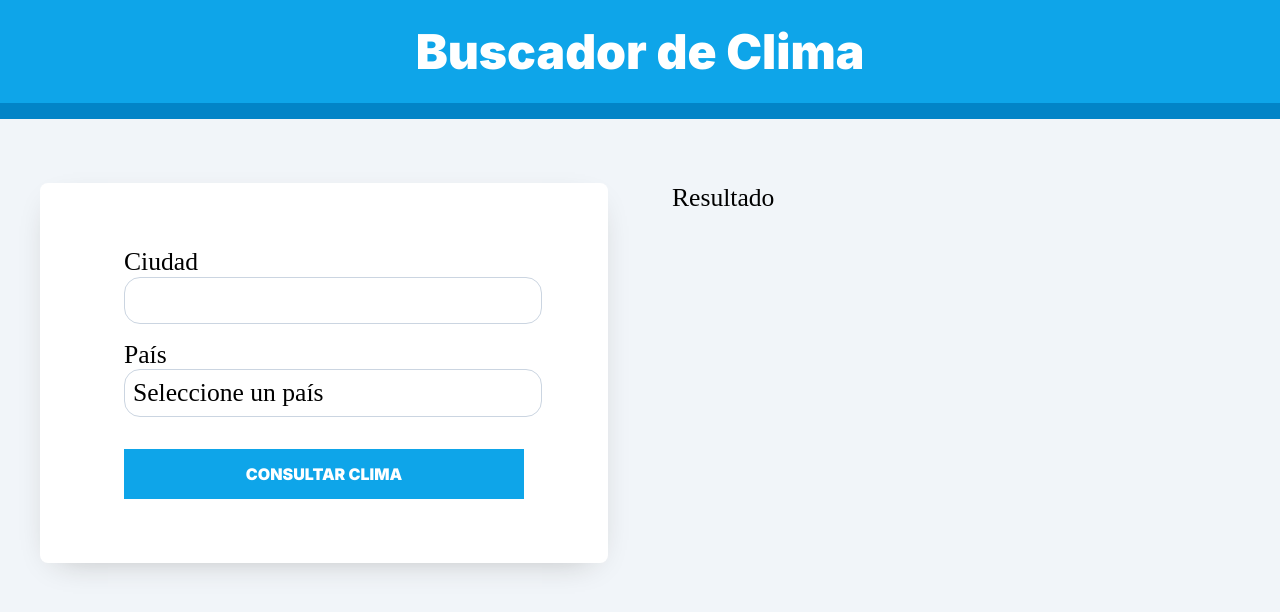
Repository: CarlosCamposRodriguez99/climaApp
Page: /
An editor plug-in stored every save of this project. The page is shown before and after a run of saves, followed by the edit.
The browser window is 1280 px wide. The pictures show the whole page.
Some web fonts or font styles are not loaded; a fallback is used. The project was rebuilt for these pictures with package versions that can differ from the ones it lists, and the page was loaded fresh each time. Also part of the build but not shown: vite.config.js.

Above is the page before, as saved 2022-03-16 15:39:33.

After the next 3 saves:
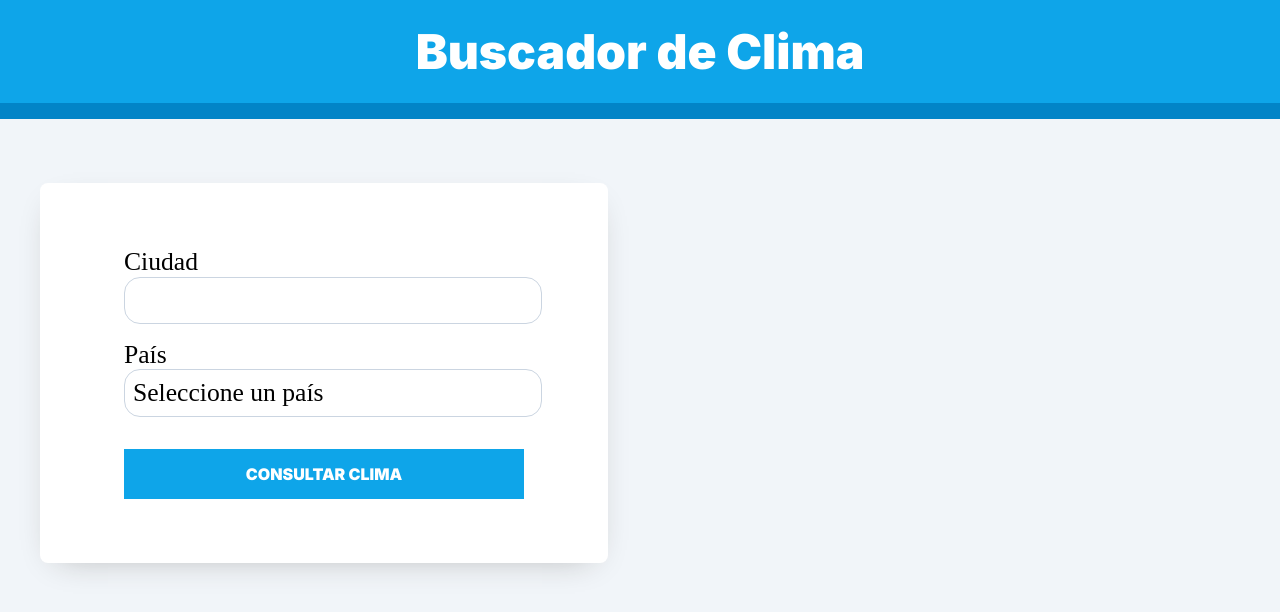
The 3 saves are shown as one change because 1 did not build or start and some came seconds apart.
The last was saved 18 s later.
--- a/src/components/AppClima.jsx
+++ b/src/components/AppClima.jsx
@@ -10,7 +10,7 @@ const AppClima = () => {
         <main className="dos-columnas">
           <Formulario />
 
-          {<Resultado />}
+          {resultado.name && <Resultado />}
         </main>
     </>
   )
